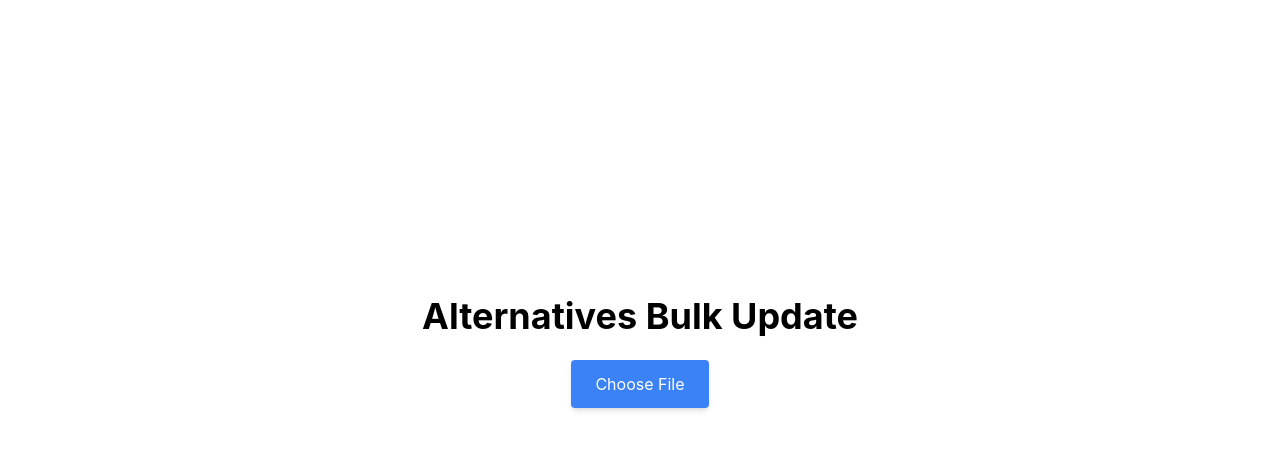
Repository: Ganesh-General-Traffic/Alternatives
Page: / (app in frontend/alternatives-bulk/)
The author's editor kept a copy of each file at every save. The page is drawn from the files as they stood at one save, then again after the next save.
The browser window is 1280 px wide. The pictures show the whole page.
The project was rebuilt for these pictures with package versions that can differ from the ones it lists, and the page was loaded fresh each time. Also part of the build but not shown: frontend/alternatives-bulk/vite.config.ts, frontend/alternatives-bulk/src/components/PaginatedTable.tsx.

Above is the page before, as saved 2024-12-10 10:21:09.

### frontend/alternatives-bulk/index.html
<!doctype html>
<html lang="en">
  <head>
    <meta charset="UTF-8" />
    <link rel="icon" type="image/svg+xml" href="/vite.svg" />
    <meta name="viewport" content="width=device-width, initial-scale=1.0" />
    <title>Alternatives Bulk</title>
  </head>
  <body>
    <div id="root"></div>
    <script type="module" src="/src/main.tsx"></script>
  </body>
</html>

### frontend/alternatives-bulk/src/index.css
@tailwind base;
@tailwind components;
@tailwind utilities;

:root {
  font-family: Inter, system-ui, Avenir, Helvetica, Arial, sans-serif;
  line-height: 1.5;
  font-weight: 400;

  color-scheme: light dark;

  font-synthesis: none;
  text-rendering: optimizeLegibility;
  -webkit-font-smoothing: antialiased;
  -moz-osx-font-smoothing: grayscale;
}

a {
  font-weight: 500;
  color: #646cff;
  text-decoration: inherit;
}
a:hover {
  color: #535bf2;
}

body {
  margin: 0;
  display: flex;
  place-items: center;
  min-width: 320px;
  min-height: 100vh;
}

h1 {
  font-size: 3.2em;
  line-height: 1.1;
}

### frontend/alternatives-bulk/src/App.tsx
import React, { useState } from "react";

import "./App.css";
import FileUpload from "./components/FileUpload";
import ToastWrapper from "./components/ToastWrapper";
import PaginatedTable from "./components/PaginatedTable";

export interface ViewState {
  spinner: boolean;
  fileUpload: boolean;
  table: boolean; // Add other keys as needed
}

const App: React.FC = () => {
  const [viewState, setViewState] = useState<ViewState>({
    spinner: false,
    fileUpload: true,
    table: false,
  });

  const [dataFrameTable, setDataFrameTable] = useState<
    Array<{ [key: string]: any }>
  >([]);

  return (
    <>
      <ToastWrapper />
      {viewState.spinner && <div className="spinner"></div>}
      {viewState.fileUpload && (
        <FileUpload
          setViewState={setViewState}
          setDataFrameTable={setDataFrameTable}
        />
      )}
      {viewState.table && <PaginatedTable dataFrameTable={dataFrameTable} />}
    </>
  );
};

export default App;

### frontend/alternatives-bulk/src/App.css
@tailwind base;
@tailwind components;
@tailwind utilities;

#root {
  max-width: 1280px;
  margin: 0 auto;
  padding: 2rem;
  text-align: center;
}

.logo {
  height: 6em;
  padding: 1.5em;
  will-change: filter;
  transition: filter 300ms;
}
.logo:hover {
  filter: drop-shadow(0 0 2em #646cffaa);
}
.logo.react:hover {
  filter: drop-shadow(0 0 2em #61dafbaa);
}

@keyframes logo-spin {
  from {
    transform: rotate(0deg);
  }
  to {
    transform: rotate(360deg);
  }
}

@media (prefers-reduced-motion: no-preference) {
  a:nth-of-type(2) .logo {
    animation: logo-spin infinite 20s linear;
  }
}

.card {
  padding: 2em;
}

.read-the-docs {
  color: #888;
}

.spinner {
  width: 56px;
  height: 56px;
  border-radius: 50%;
  background: conic-gradient(#0000 10%, #474bff);
  -webkit-mask: radial-gradient(farthest-side, #0000 calc(100% - 9px), #000 0);
  animation: spinner-zp9dbg 1s infinite linear;
}

@keyframes spinner-zp9dbg {
  to {
    transform: rotate(1turn);
  }
}

### frontend/alternatives-bulk/src/components/FileUpload.tsx
import { Dispatch, SetStateAction, useState } from "react";
import { FaCloudUploadAlt } from "react-icons/fa";
import { toast } from "sonner";
import { ViewState } from "../App";

interface FileUploadProps {
  setViewState: React.Dispatch<React.SetStateAction<ViewState>>;

  setDataFrameTable: Dispatch<SetStateAction<{ [key: string]: any }[]>>;
}

const FileUpload: React.FC<FileUploadProps> = ({
  setViewState,
  setDataFrameTable,
}) => {
  const [file, setFile] = useState<File | null>(null); // State to store the file
  const [fileName, setFileName] = useState<string>(""); // State to store the file name

  const handleChange = (e: React.ChangeEvent<HTMLInputElement>) => {
    const selectedFile = e.target.files?.[0];
    e.target.value = ""; // Reset input value to allow re-selection of the same file
    if (selectedFile) {
      if (selectedFile.type === "text/csv") {
        setFile(selectedFile);
        setFileName(selectedFile.name);
        return;
      } else {
        setFile(null);
        setFileName("");
        toast.error("Please upload a valid CSV file.");
        return;
      }
    } else {
      setFile(null);
      setFileName("");
      return;
    }
  };

  const handleUploadFile = async () => {
    if (!file) {
      toast.error("No file selected");
      return;
    }

    setViewState((prev) =>
      Object.keys(prev).reduce((acc, key) => {
        acc[key as keyof ViewState] = key === "spinner";
        return acc;
      }, {} as ViewState)
    );

    try {
      const formData = new FormData();
      formData.append("file", file);

      const response = await fetch("/api/uploadFile", {
        method: "POST",
        body: formData,
      });

      if (!response.ok) {
        const errorResponse = await response.json();
        throw new Error(
          errorResponse.message || `HTTP error! status: ${response.status}`
        );
      }

      // Handle streaming response
      const reader = response.body?.getReader();
      if (!reader) {
        throw new Error("Unable to read server response.");
      }

      const decoder = new TextDecoder("utf-8");
      let jsonifiedDataFrame = null;

      while (true) {
        const { done, value } = await reader.read();
        if (done) break;

        // Decode and handle the message from the server
        const rawMessage = decoder.decode(value, { stream: true }).trim();
        if (rawMessage) {
          try {
            const messageObj = JSON.parse(rawMessage); // Parse the message as JSON

            if (messageObj.status === 1) {
              toast.success(messageObj.message); // Success toast for status 1
            } else if (messageObj.status === -1) {
              toast.error(messageObj.message); // Error toast for status -1
            } else {
              //   toast(messageObj.message); // General toast for other cases
            }

            // Capture the dataframe if present
            if (messageObj.data) {
              jsonifiedDataFrame = messageObj.data;
              break; // Store the dataframe for later use
            }
          } catch (error) {
            console.error("Error parsing message:", error);
            toast.error("Invalid server message format");
          }
        }
      }

      // Log the JSON-serialized dataframe after the stream ends
      if (jsonifiedDataFrame) {
        setDataFrameTable(jsonifiedDataFrame);
        toast.success("DataFrame formed");
        console.log("Final DataFrame:", jsonifiedDataFrame);
        setViewState((prev) =>
          Object.keys(prev).reduce((acc, key) => {
            acc[key as keyof ViewState] = key === "table";
            return acc;
          }, {} as ViewState)
        );
      }
    } catch (error: any) {
      toast.error(`Error uploading file: ${error.message || "Unknown error"}`);
      console.error("Error uploading file:", error);
    } finally {
    }
  };

  return (
    <div className="flex flex-col items-center justify-center">
      <p className="text-4xl font-bold mb-6">Alternatives Bulk Update</p>

      {/* File Input */}
      <div className="mb-4">
        <div className="flex justify-center gap-2">
          <label
            htmlFor="fileInput"
            className="cursor-pointer bg-blue-500 text-white px-6 py-3 rounded shadow-md hover:bg-blue-600 transition"
          >
            Choose File
            <input
              id="fileInput"
              type="file"
              accept=".csv"
              onChange={handleChange}
              className="hidden"
            />
          </label>
          {file && (
            <button
              className="border p-2 rounded border-red-600 hover:text-white hover:bg-red-600"
              onClick={() => {
                setFile(null);
                setFileName("");
              }}
            >
              Remove File
            </button>
          )}
        </div>
        {file && (
          <p className="mt-3 text-gray-700 text-lg">
            Selected File: <span className="font-semibold">{fileName}</span>
          </p>
        )}
      </div>

      {/* Upload Button */}
      {file && (
        <button
          className={`border border-blue-500 p-3 rounded hover:text-white hover:bg-blue-500 flex items-center justify-between transition-all duration-200`}
          onClick={handleUploadFile}
        >
          <span>
            <FaCloudUploadAlt />
          </span>
          <span className="mx-2">Upload File</span>
        </button>
      )}
    </div>
  );
};

export default FileUpload;

### frontend/alternatives-bulk/src/components/ToastWrapper.tsx
import { toast, Toaster } from "sonner";

const ToastWrapper = () => {
  return (
    <>
      <div onClick={() => toast.dismiss()}>
        <Toaster position="top-right" richColors />
      </div>
    </>
  );
};

export default ToastWrapper;

### frontend/alternatives-bulk/tailwind.config.js
/** @type {import('tailwindcss').Config} */
export default {
  content: [
    "./index.html",          // Include index.html
    "./src/**/*.{js,jsx,ts,tsx}", // Include all source files
  ],
  theme: {
    extend: {},
  },
  plugins: [],
};

Loaded but not shown: frontend/alternatives-bulk/src/main.tsx (common file)

After the next save:
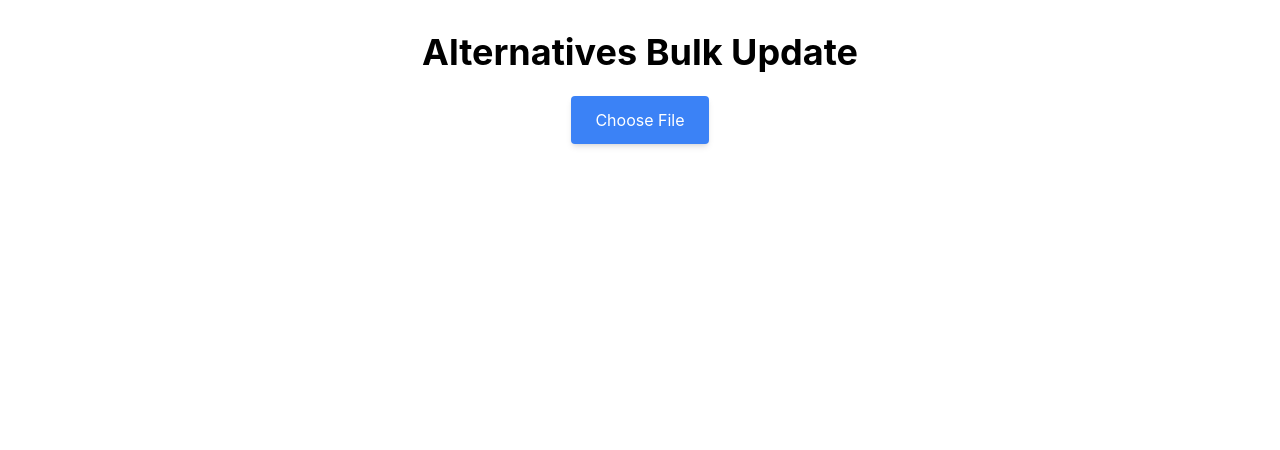
Saved 44 s later.
--- a/frontend/alternatives-bulk/src/index.css
+++ b/frontend/alternatives-bulk/src/index.css
@@ -27,7 +27,6 @@ a:hover {
 body {
   margin: 0;
   display: flex;
-  place-items: center;
   min-width: 320px;
   min-height: 100vh;
 }
